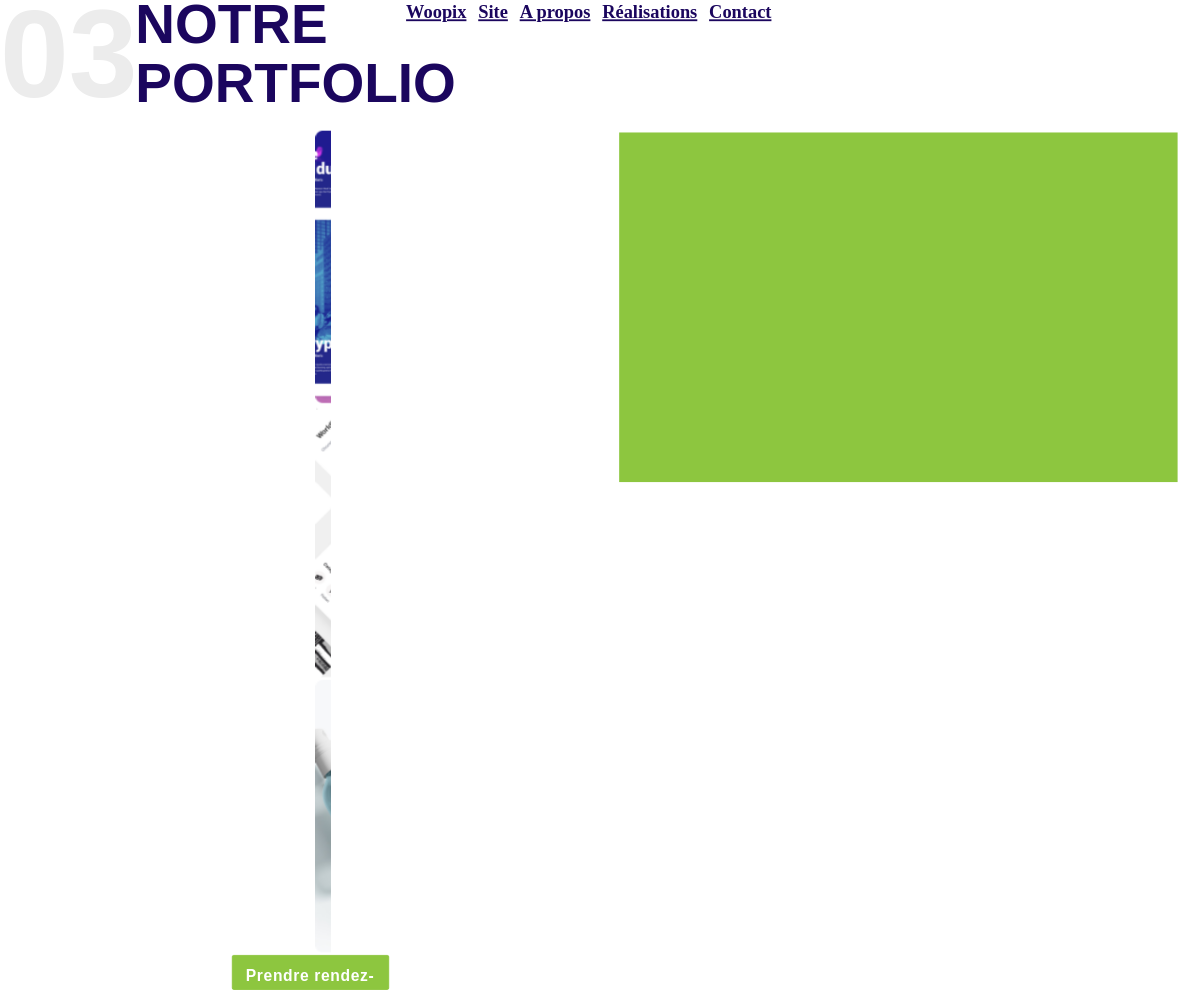
Repository: keloriane/woopix
Page: /woopix/portfolio
An editor plug-in stored every save of this project. The page is shown before and after the next save, followed by the edit.
The browser window is 1280 px wide. The pictures show the whole page, at 92% of full size.
The project was rebuilt for these pictures with package versions that can differ from the ones it lists, and the page was loaded fresh each time. Also part of the build but not shown: src/pages/Services/components/ServiceItem.js, src/pages/Services/components/ServiceOption.js, src/pages/Services/index.js, src/pages/Home.js, src/pages/About/index.js.

Above is the page before, as saved 2020-09-25 11:02:21.

### src/index.css
body {
  margin: 0;
  font-family: -apple-system, "Futura PT", 'Segoe UI', 'Roboto', 'Oxygen',
    'Ubuntu', 'Cantarell', 'Fira Sans', 'Droid Sans', 'Helvetica Neue',
    sans-serif;
  -webkit-font-smoothing: antialiased;
  -moz-osx-font-smoothing: grayscale;
}

code {
  font-family: source-code-pro, Menlo, Monaco, Consolas, 'Courier New',
    monospace;
}

@font-face {
  font-family: 'Futura PT';
  font-style: normal;
  font-weight: 100;
  src: local('Futura PT Light'),
  local('Futura-PT-Light'),
  url(/public/fonts/FuturaPTLight.otf) format('otf');
}

@font-face {
  font-family: 'Futura PT';
  font-style: normal;
  font-weight: 400;
  src: local('Futura PT Book'),
  local('Futura-PT-Book'),
  url(/assets/fonts/FuturaPTBook.otf) format('otf');
}

@font-face {
  font-family: 'Futura PT';
  font-style: normal;
  font-weight: 500;
  src: local('Futura PT Medium'),
  local('Futura-PT-Medium'),
  url(/assets/fonts/FuturaPTMedium.otf) format('otf');
}

@font-face {
  font-family: 'Futura PT';
  font-style: normal;
  font-weight: 600;
  src: local('Futura PT Demi'),
  local('Futura-PT-Demi'),
  url(/assets/fonts/FuturaPTDemiOblique.otf) format('otf');
}

@font-face {
  font-family: 'Futura PT';
  font-style: normal;
  font-weight: 700;
  src: local('Futura PT Bold'),
  local('Futura-PT-Bold'),
  url(/assets/fonts/FuturaPTBold.otf) format('otf');
}


@font-face {
  font-family: 'Futura PT';
  font-style: normal;
  font-weight: 900;
  src: local('Futura PT Heavy'),
  local('Futura-PT-Heavy'),
  url(/assets/fonts/FuturaPTHeavy.otf) format('otf');
}

### src/App.js
import React from 'react';
import './App.css';
import { BrowserRouter as HashRouter, Switch, Route } from "react-router-dom";
import {createGlobalStyle,ThemeProvider} from "styled-components";
import Services from './pages/Services'
import { Home } from './pages/Home';
import { About } from './pages/About';
import { Portfolio } from "./pages/Portfolio/";
import { Menu } from "./pages/Menu/";



const theme = {
  green: '#8DC63F',
  blue: '#1B065E'
};


function App() {
  return (
    <HashRouter basename="/woopix">
      <Switch>
        <div className="App">
          <ThemeProvider theme={theme}>
            <Menu />
          <Route exact path="/" component={Home} />
          <Route exact path="/about" component={About} />
          <Route exact path="/portfolio" component={Portfolio} />
          <Route exact path="/services" component={Services} />
          </ThemeProvider>
        </div>
      </Switch>
    </HashRouter>
  );
}

export default App;

### src/pages/Portfolio/index.js
import React from "react";
import Title from "../../components/Title/Title";
import CallToAction from "./../../components/CallToAction";
import Container from "./../../global/Container";
import styled from "styled-components";
import slide1 from "./../../assets/img/slide1.png";
import slide2 from "./../../assets/img/slide2.png";
import slide3 from "./../../assets/img/slide3.png";
import {Swiper, SwiperSlide } from "swiper/react";
import "swiper/swiper-bundle.css"
import SwiperCore from "swiper";

export const Portfolio = () => {

  const PortfolioWrapper = styled.div`
    #portfolio {
      font-family: "Futura PT", sans-serif;
    }
    @media screen and (max-width: 596px) {
      #portfolio {
        width: 100vw;
        height: 100vh;
        display: flex;
        flex-direction: column;
        justify-content: center;
        .portfolio-wrapper {
          height: 557px;
          display: flex;
          flex-direction: column;
          margin: auto;
          justify-content: space-between;
          align-items: center;
          .portfolio-container {
            width: 100%;
            position: relative;
            .green-background {
              position: absolute;
              width: 100vw;
              height: 277px;
              background-color: ${(props) => props.theme.green};
              z-index: -1;
            }
            .portfolio-slider {
              height: 295px;
              display: flex;
              width: 100vw;
              overflow: hidden;
              .slider-item {
                margin-left: 7.5px;
                margin-right: 7.5px;
              }
            }
          }
        }
      }
    }
    @media screen and (min-width: 596px) {
      #portfolio {
        width: 100vw;
        height: 100vh;
        .portfolio-wrapper {
          display: flex;
          flex-direction: column;
          height: 1000px;
          width: 100%;
          max-width: 674px;
          justify-content: center;

          .portfolio-container {
            .green-background {
              width: 607px;
              height: 380px;
              right: 0;
              top: 20%;
              position: absolute;
              background-color: ${(props) => props.theme.green};
              z-index: -1;
            }
          }
          .portfolio-slider {
            display: flex;
          }
        }
      }
    }
  `;
  return (
    <Container>
      <PortfolioWrapper>
        <div id="portfolio">
          <div className="portfolio-wrapper">
            <Title num="03" firstP="Notre" secondP="Portfolio" />
            <div className="portfolio-container">
              <div className="green-background"></div>
              <div className="portfolio-slider">
                <Swiper
                slidesPerView={4}
                spaceBetween={30}
                centeredSlides={true}
                className="slider-items"

                >
                  <SwiperSlide>


                      <img src={slide1} alt="" />
                      <img src={slide2} alt="" />
                      <img src={slide3} alt="" />

                   </SwiperSlide>
                </Swiper>
              </div>
            </div>
            <CallToAction
              link="/contact"
              buttonTxt="Prendre rendez-vous"
              className="rdv"
            />
          </div>
        </div>
      </PortfolioWrapper>
    </Container>
  );
};

### src/pages/Menu/index.js
import React from "react";
import { Link } from "react-router-dom";
import styled from "styled-components";

export const Menu = () => {
  const MenuContainer = styled.div`
    .menu {
      width: 100%;
      max-width: 410px;
      margin: 0 auto;

      .main-menu {
        display: flex;
        justify-content: space-around;
        .menu-items {
          a {
            font-weight: 600;
            font-size: 20px;
            line-height: 26px;
            /* identical to box height */
            font-family: "Futura PT";
            font-style: normal;
            color: ${(props) => props.theme.blue};

            &:hover {
              color: ${(props) => props.theme.green};
            }
          }
        }
      }
    }
  `;
  return (
    <MenuContainer className="Menu-container">
      <div className="menu">
        <ul className="main-menu">
          <li className="menu-items">
            <Link to="/">Woopix</Link>
          </li>
          <li className="menu-items">
             <Link to="/services">Site</Link>
          </li>
          <li className="menu-items">
             <Link to="/about">A propos</Link>
          </li>
          <li className="menu-items">
            <Link to="/portfolio">Réalisations</Link>
          </li>
          <li className="menu-items">
            <Link to="/contact">Contact</Link>
          </li>
        </ul>
      </div>
    </MenuContainer>
  );
};

export default Menu;

### src/global/Container.js
import React, { useEffect } from "react";
import styled, { withTheme } from "styled-components";

const GlobalContainer = (props) => {
  return <Container>{props.children}</Container>;
};

export default withTheme(GlobalContainer);

const Container = styled.div`
  p h1 h2 h3 {
    font-family: "Futura PT" sans-serif;
  }
  .call-to-action {
    button {
      background: #8dc63f;
      border: 1px solid #8dc63f;
      box-sizing: border-box;
      border-radius: 2px;
      a {
        text-decoration: none;
        font-style: normal;

        /* identical to box height, or 129% */
        display: flex;
        align-items: center;
        letter-spacing: 0.04em;

        /* Inside Auto Layout */
        flex: none;
        order: 0;
        align-self: center;
        margin: 10px 0px;
      }
    }
  }

  @media (max-width: 596px) {
    .call-to-action {
      button {
        width: 172px;
        height: 38px;
        background: #8dc63f;
        border: 1px solid #8dc63f;
        box-sizing: border-box;
        border-radius: 2px;
        &.rdv{
            width: 239px;
          }
        a {
          text-decoration: none;
          font-style: normal;
          font-weight: 600;
          font-size: 17px;
          line-height: 22px;
          /* identical to box height, or 129% */
          display: flex;
          align-items: center;
          letter-spacing: 0.04em;
          color: #ffffff;
          /* Inside Auto Layout */
          flex: none;
          order: 0;
          align-self: center;
          margin: 10px 0px;
        }
      }
    }
  }

  /* Medium devices (tablets, 768px and up) The navbar toggle appears at this breakpoint */
  @media (min-width: 596px) {
    .call-to-action {
      button {
        width: 308.2px;
        height: 68.7px;
        a {
          font-weight: 600;
          font-size: 30.489px;
          line-height: 39px;
          letter-spacing: 0.04em;
          color: white;
        }
      }
    }
  }

  /* Large devices (desktops, 992px and up) */
  @media (min-width: 992px) {
    .call-to-action {
      display: flex;
      justify-content: center;

      button {
        width: 171px;
        height: 38px;

        a {
          font-weight: 600;
          font-size: 17px;
          line-height: 22px;
        }
      }
    }
  }

  /* Extra large devices (large desktops, 1200px and up) */
  @media (min-width: 1200px) {
  }
`;

### src/components/Title/Title.js
import React from 'react'
import styled from "styled-components"

const Title = (props) => {
    const TitleMain = styled.div`
    .main-title {
      display: flex;
      font-style: normal;
      align-items: center;
      position: relative;
      width: 100%;
      .title {
        position: absolute;

        h2 {
          font-weight: bold;

          text-transform: uppercase;
          color: #1b065e;
          display: flex;
          align-items: center;
        }
      }
      .number-title {
        position: absolute;

        h2 {
          font-style: normal;

          text-transform: uppercase;
          color: #ececec;
        }
      }
    }
    @media screen and (max-width: 596px){
        .main-title {
            display: flex;
            font-style: normal;
            align-items: center;
            position: relative;

            width: 311px;
            height: 72px;
            .title {
              position: absolute;
              left: 81px;
              h2 {
                font-weight: bold;
                font-size: 34px;
                line-height: 107.33%;
                text-transform: uppercase;
                color: #1b065e;
                display: flex;
                align-items: center;
              }
            }
            .number-title {
              position: absolute;

              h2 {
                font-style: normal;
                font-weight: 800;
                font-size: 92.2247px;
                line-height: 107.33%;
                text-transform: uppercase;
                color: #ececec;
              }
            }
          }

    }
    @media screen and (min-width: 596px){
        .main-title {
            display: flex;
            width: 530px;
            height: 160px;
            .number-title {
              h2 {
                font-weight: 800;
                font-size: 144px;
              }
            }
            .title {
              left: 147px;
              h2 {
                font-size: 64px;
                line-height: 107.33%;

                text-transform: uppercase;

                color: #1b065e;
              }
            }
          }
    }
    @media screen and (min-width: 992px){
        .main-title {
            display: flex;
            max-width: 545px;
            width: 100%;
            height: 165px;
            .number-title {
              h2 {
                font-size: 134.475px;
                line-height: 107.33%;
              }
            }
            .title {
              h2 {
                font-size: 59.7665px;
                line-height: 107.33%;
              }
            }
          }
    }
    `
    return (
        <TitleMain>

        <div className="main-title">
        <div className="number-title">
            <h2>{props.num}</h2>
        </div>
        <div className="title">
          <h2>
            {props.firstP} <br></br>{props.secondP}
          </h2>
        </div>
      </div>
        </TitleMain>
    )
}

export default Title

### src/components/CallToAction/index.js
import React from "react";
import {Link} from "react-router-dom"

const index = (props) => {
  return (
    <div className="call-to-action">
      <button>
        <Link to={`/${props.link}`}>{props.buttonTxt}</Link>
      </button>
    </div>
  );
};

export default index;

Loaded but not shown: public/index.html (common file); src/index.js (common file); src/serviceWorker.js (common file); src/App.css (common file)

After the next save:
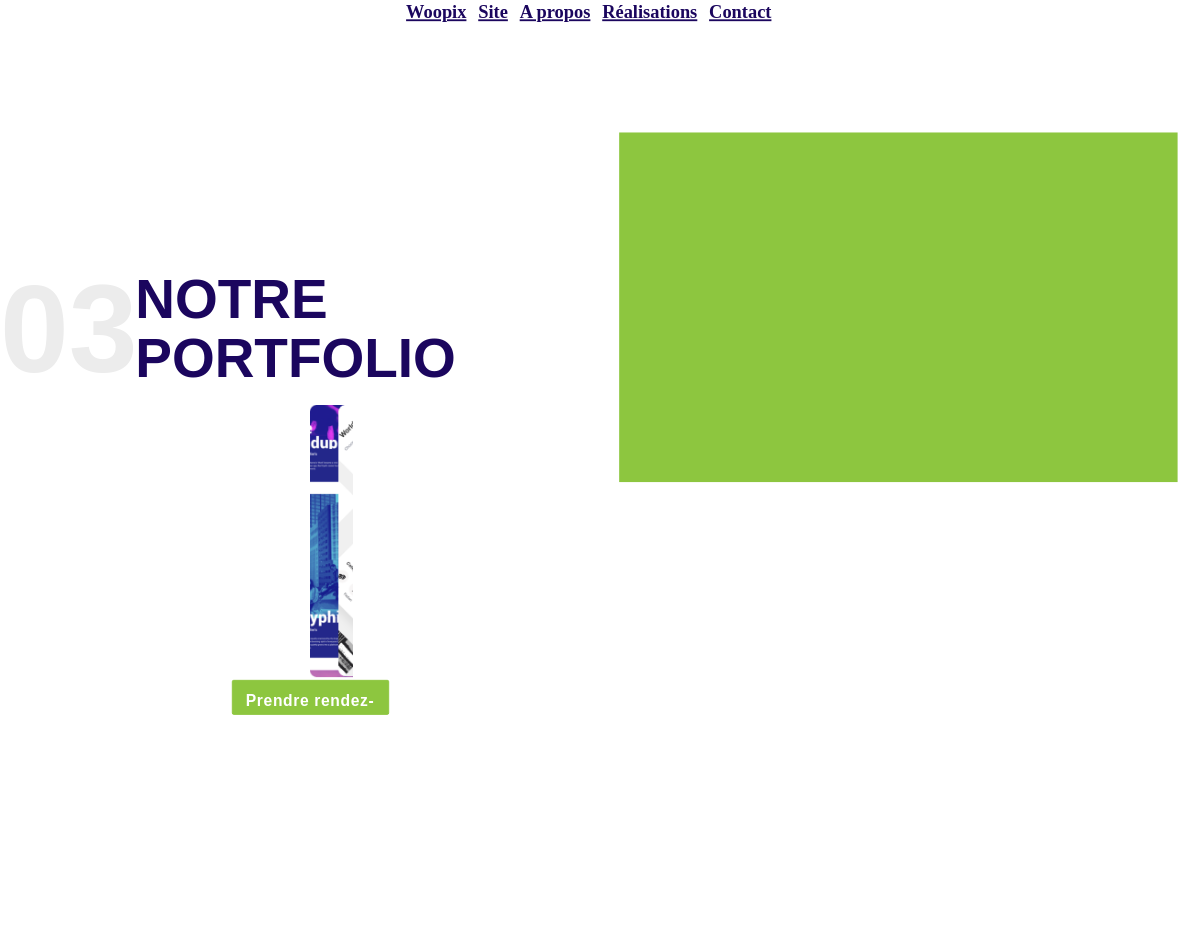
Saved 45 s later.
--- a/src/pages/Portfolio/index.js
+++ b/src/pages/Portfolio/index.js
@@ -102,11 +102,15 @@
                 >
                   <SwiperSlide>
 
+                      <img src={slide1} alt="" />
+                   </SwiperSlide>
+                  <SwiperSlide>
 
-                      <img src={slide1} alt="" />
                       <img src={slide2} alt="" />
+                   </SwiperSlide>
+                  <SwiperSlide>
+
                       <img src={slide3} alt="" />
-
                    </SwiperSlide>
                 </Swiper>
               </div>
